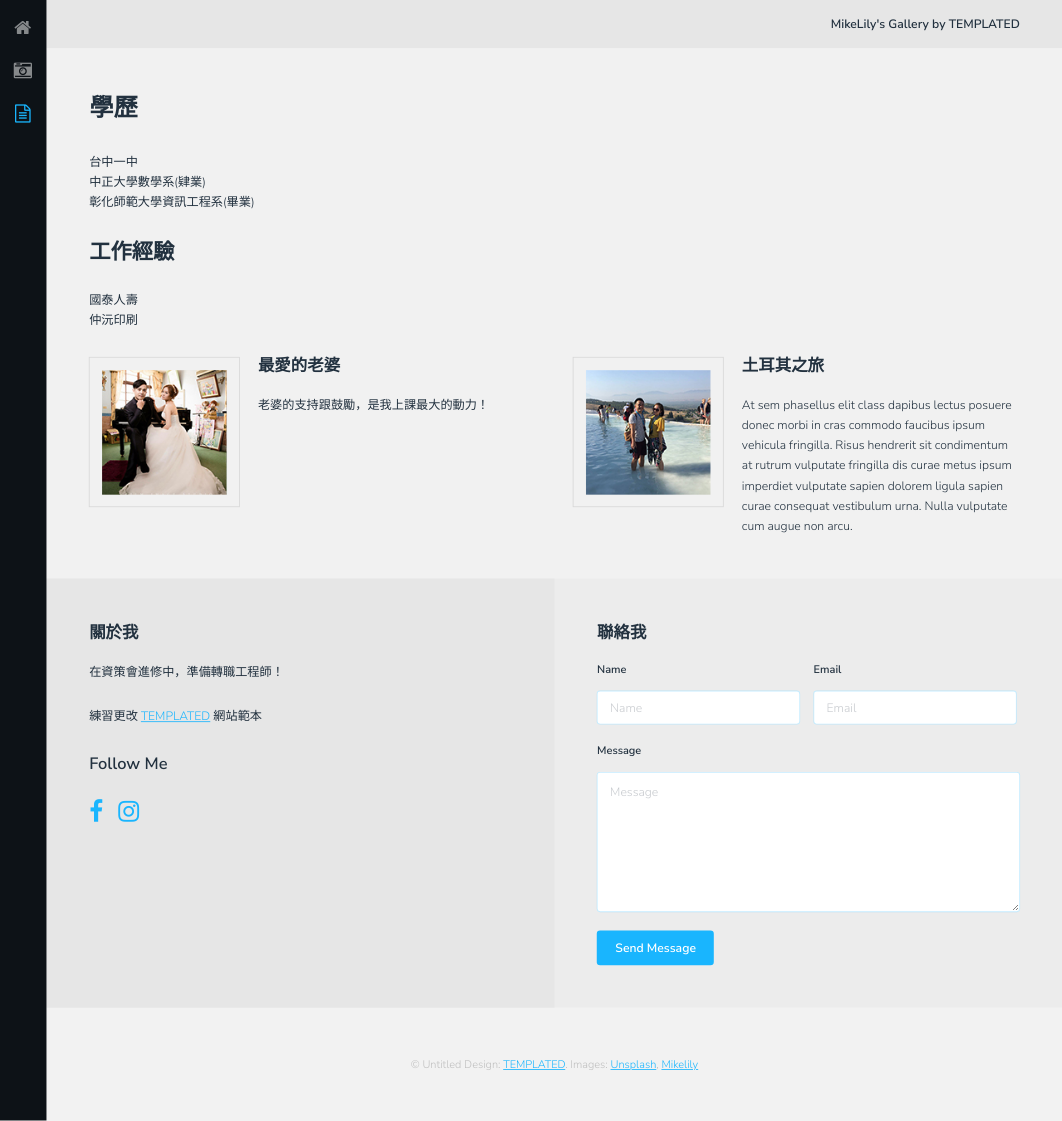
Repository: mikelily/lab
Page: Template HW/generic.html
The author's editor kept a record of every edit. The page is drawn from the files as they stood at one moment, then again after the next edit.
The browser window is 1280 px wide. The pictures show the whole page, at 83% of full size.

Above is the page before.

### Template HW/generic.html
<!DOCTYPE HTML>
<!--
	Snapshot by TEMPLATED
	templated.co @templatedco
	Released for free under the Creative Commons Attribution 3.0 license (templated.co/license)
-->
<html>
	<head>
		<title>MikeLily's Gallery by TEMPLATED</title>
		<meta charset="utf-8" />
		<meta name="viewport" content="width=device-width, initial-scale=1" />
		<link rel="stylesheet" href="assets/css/main.css" />
	</head>
	<body>
		<div class="page-wrap">

			<!-- Nav -->
				<nav id="nav">
					<ul>
						<li><a href="index.html"><span class="icon fa-home"></span></a></li>
						<li><a href="gallery.html"><span class="icon fa-camera-retro"></span></a></li>
						<li><a href="generic.html" class="active"><span class="icon fa-file-text-o"></span></a></li>
					</ul>
				</nav>

			<!-- Main -->
				<section id="main">

					<!-- Header -->
						<header id="header">
							<div>MikeLily's Gallery <span>by TEMPLATED</span></div>
						</header>

					<!-- Section -->
						<section>
							<div class="inner">
								<header>
									<h1>學歷</h1>
								</header>
								<p>
									台中一中<br>中正大學數學系(肄業)<br>彰化師範大學資訊工程系(畢業)
								</p>

								<h2>工作經驗</h2>
								<p>
									國泰人壽<br>仲沅印刷
								</p>
								<section class="columns double">
									<div class="column">
										<span class="image left special"><img src="images/pic01.jpg" alt="" /></span>
										<h3>最愛的老婆</h3>
										<p>
											老婆的支持跟鼓勵，是我上課最大的動力！
										</p>
									</div>
									<div class="column">
										<span class="image left special"><img src="images/pic02.jpg" alt="" /></span>
										<h3>土耳其之旅</h3>
										<p>
											At sem phasellus elit class dapibus lectus posuere donec morbi in cras commodo faucibus ipsum vehicula fringilla. Risus hendrerit sit condimentum at rutrum vulputate fringilla dis curae metus ipsum imperdiet vulputate sapien dolorem ligula sapien curae consequat vestibulum urna. Nulla vulputate cum augue non arcu.
										</p>
									</div>
								</section>
							</div>
						</section>

					<!-- Contact -->
						<section id="contact">
							<!-- Social -->
								<div class="social column">
									<h3>關於我</h3>
									<p>在資策會進修中，準備轉職工程師！</p>
									<p>練習更改 <a href="https://templated.co">TEMPLATED</a> 網站範本</p>
									<h3>Follow Me</h3>
									<ul class="icons">
										<li><a href="https://www.facebook.com/mikelily" target="_blank" class="icon fa-facebook"><span class="label">Facebook</span></a></li>
										<li><a href="https://www.instagram.com/ncueaul/" target="_blank" class="icon fa-instagram"><span class="label">Instagram</span></a></li>
									</ul>
								</div>

							<!-- Form -->
								<div class="column">
									<h3>聯絡我</h3>
									<form action="#" method="post">
										<div class="field half first">
											<label for="name">Name</label>
											<input name="name" id="name" type="text" placeholder="Name">
										</div>
										<div class="field half">
											<label for="email">Email</label>
											<input name="email" id="email" type="email" placeholder="Email">
										</div>
										<div class="field">
											<label for="message">Message</label>
											<textarea name="message" id="message" rows="6" placeholder="Message"></textarea>
										</div>
										<ul class="actions">
											<li><input value="Send Message" class="button" type="submit"></li>
										</ul>
									</form>
								</div>

						</section>

					<!-- Footer -->
						<footer id="footer">
							<div class="copyright">
								&copy; Untitled Design: <a href="https://templated.co/" target="_blank">TEMPLATED</a>.
								Images: <a href="https://unsplash.com/" target="_blank">Unsplash</a>,
								<a href="https://www.instagram.com/ncueaul/" target="_blank">Mikelily</a>
							</div>
						</footer>
				</section>
		</div>

		<!-- Scripts -->
			<script src="assets/js/jquery.min.js"></script>
			<script src="assets/js/jquery.poptrox.min.js"></script>
			<script src="assets/js/jquery.scrolly.min.js"></script>
			<script src="assets/js/skel.min.js"></script>
			<script src="assets/js/util.js"></script>
			<script src="assets/js/main.js"></script>

	</body>
</html>

Loaded but not shown: Template HW/assets/js/jquery.min.js (library); Template HW/assets/js/jquery.poptrox.min.js (library); Template HW/assets/css/font-awesome.min.css (library); Template HW/assets/js/jquery.scrolly.min.js (common file); Template HW/assets/js/skel.min.js (library); Template HW/assets/js/util.js (587 lines, source omitted); Template HW/assets/js/main.js (104 lines, source omitted); Template HW/assets/css/main.css (1614 lines, source omitted)

After the next edit:
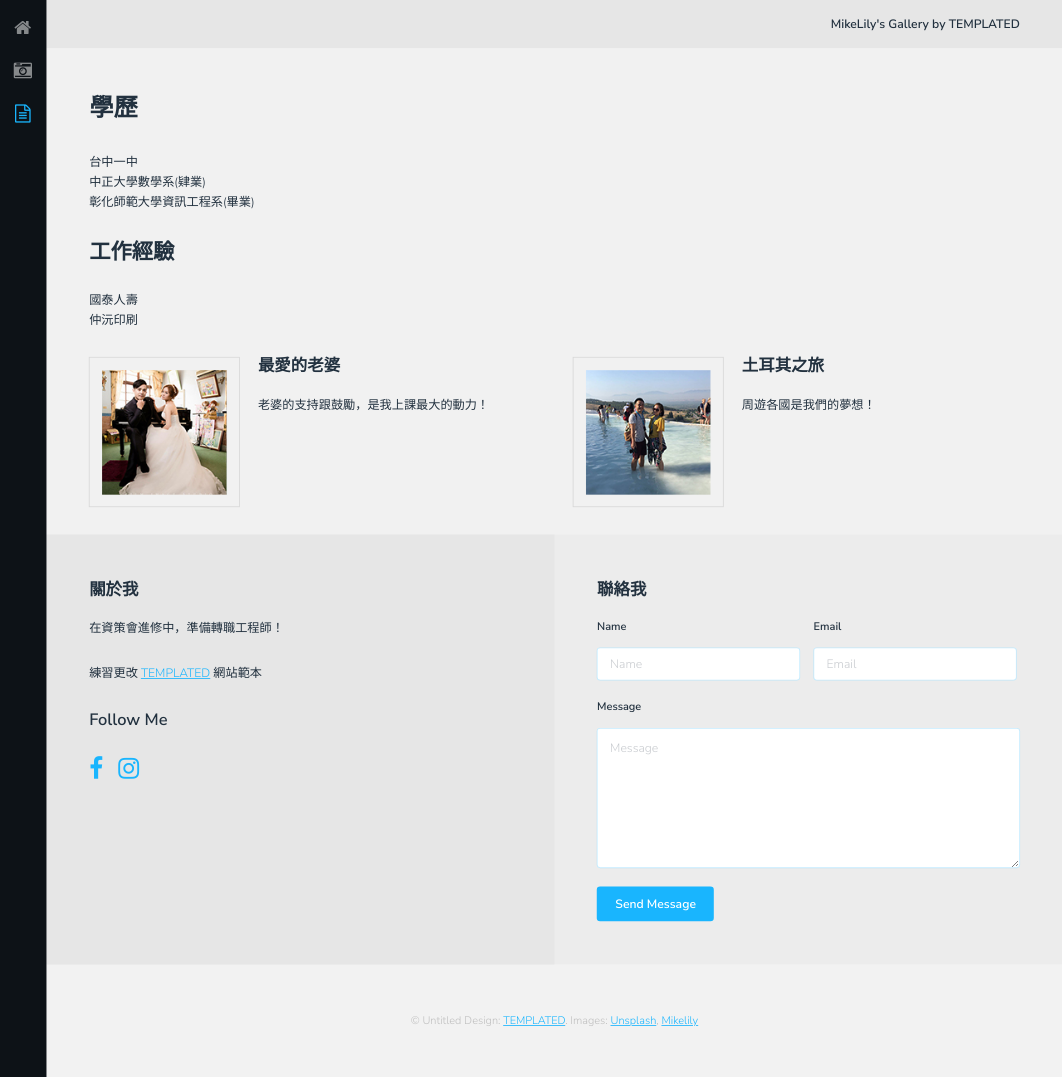
The edit:
--- a/Template HW/generic.html
+++ b/Template HW/generic.html
@@ -57,7 +57,7 @@
 										<span class="image left special"><img src="images/pic02.jpg" alt="" /></span>
 										<h3>土耳其之旅</h3>
 										<p>
-											At sem phasellus elit class dapibus lectus posuere donec morbi in cras commodo faucibus ipsum vehicula fringilla. Risus hendrerit sit condimentum at rutrum vulputate fringilla dis curae metus ipsum imperdiet vulputate sapien dolorem ligula sapien curae consequat vestibulum urna. Nulla vulputate cum augue non arcu.
+											周遊各國是我們的夢想！
 										</p>
 									</div>
 								</section>
